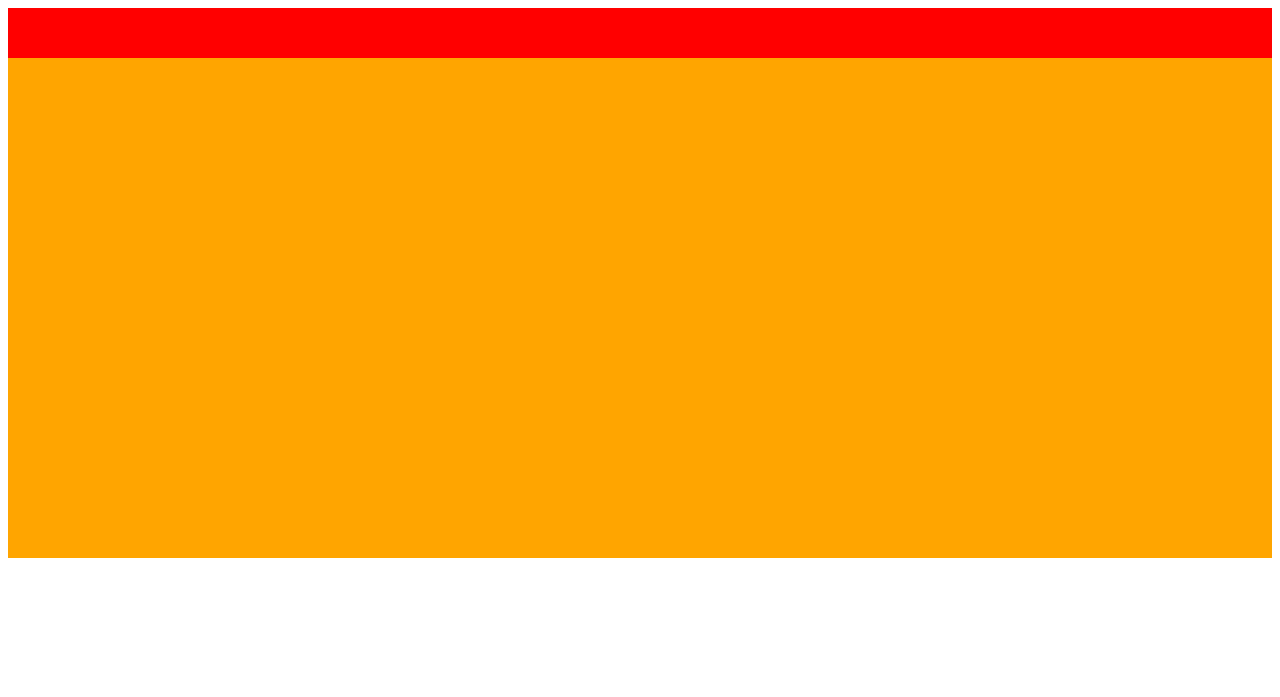
Repository: YasuyoshiSakai/kadai1
Page: ensyuu/ensyuu4.html
The author's editor kept a record of every edit. The page is drawn from the files as they stood at one moment, then again after the next edit.
The browser window is 1280 px wide. The pictures show the whole page.

Above is the page before.

After the next edit:
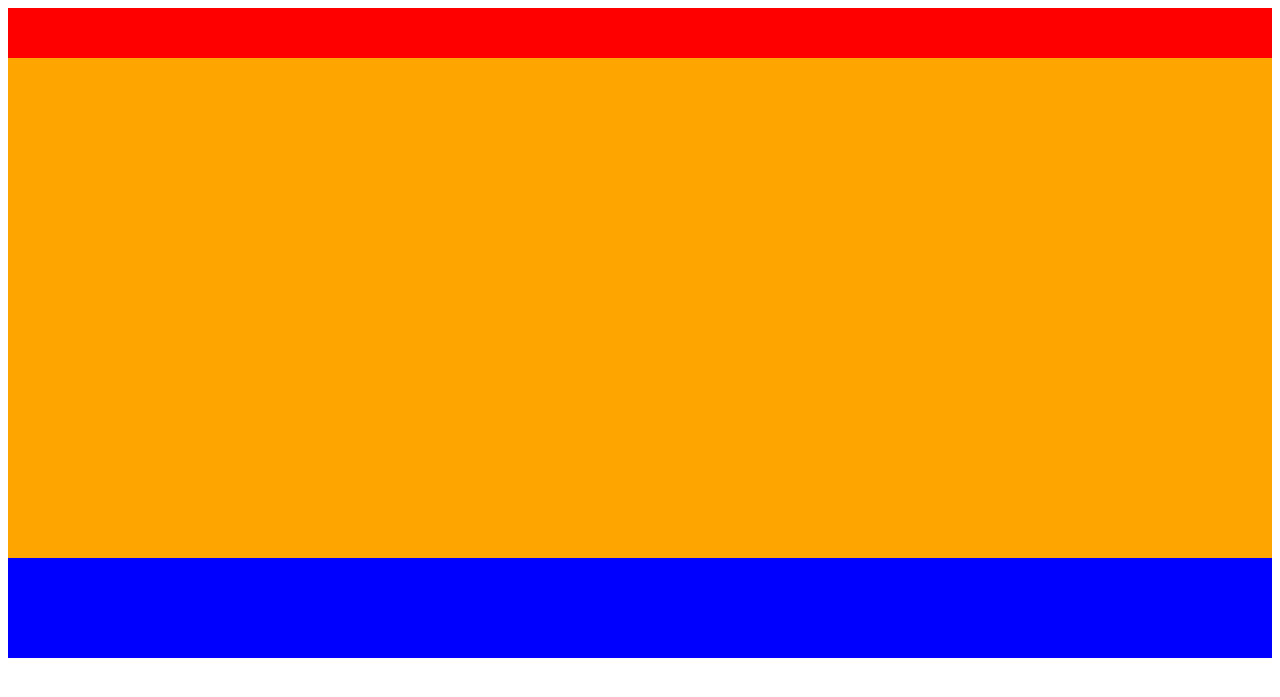
The edit:
--- a/ensyuu/ensyuu4.html
+++ b/ensyuu/ensyuu4.html
@@ -16,7 +16,10 @@
 <div class=mainvisual></div>
 
 <!--main用-->
+<div class=main></div>
 
 <!--fooder用-->
+<div class=fooder></div>
+
   </body>
 </html>
